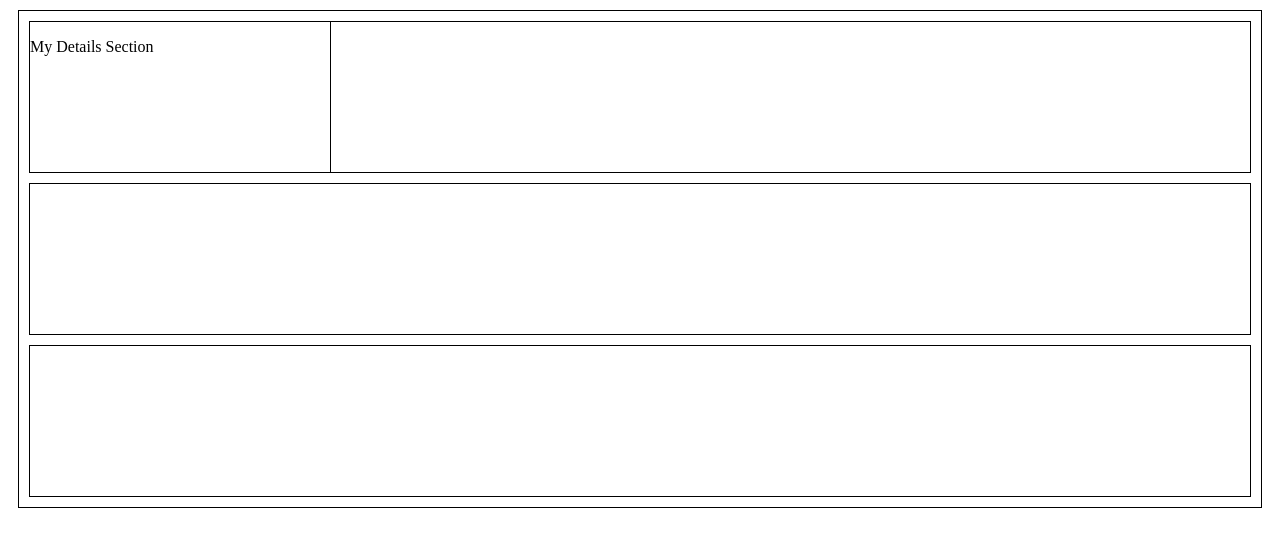
Repository: rkmr039/EMS_PROJECT
Page: http://localhost/EMS/dashboard.jsp
These files come from the project's save history. The page is drawn as it stood at one moment and after the next save; the edit follows.
The browser window is 1280 px wide. The pictures show the whole page.
The page is served by Tomcat 9.

Above is the page before, as saved 2019-08-26 12:35:16.

After the next save:
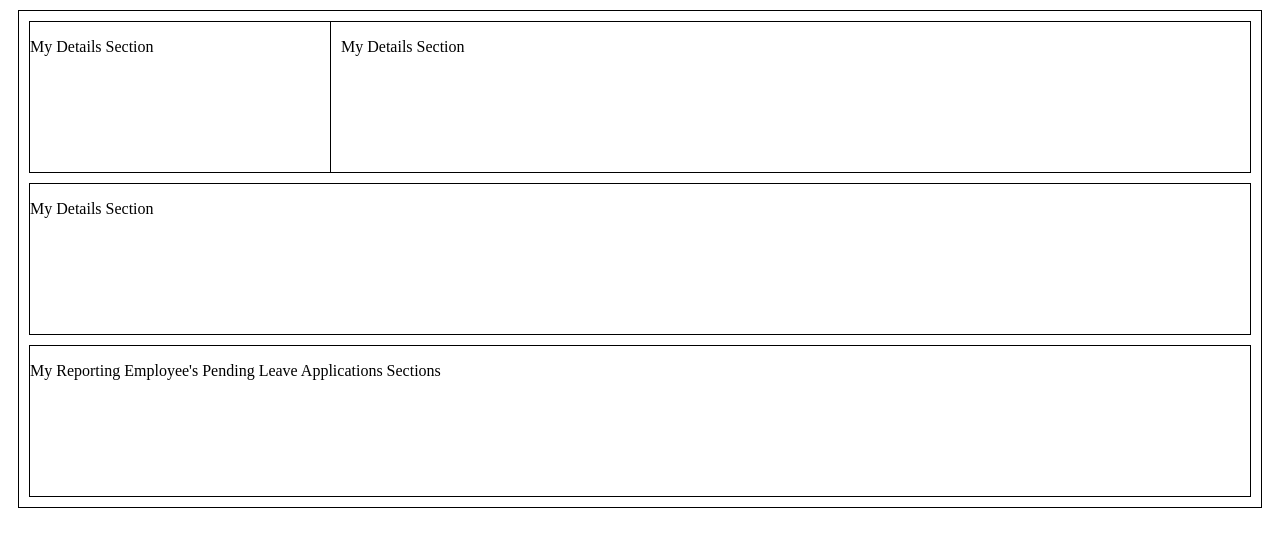
Saved 52 s later.
--- a/EMS/WebContent/dashboard.jsp
+++ b/EMS/WebContent/dashboard.jsp
@@ -17,13 +17,19 @@
 		</p>
 		</div>
 		<div id="mngrProfile">
-
+		<p>
+			My Details Section
+		</p>
 		</div>
 		<div id="myLeave">
-
+		<p>
+			My Details Section
+		</p>
 		</div>
 		<div id="empLeave">
-
+		<p>
+			My Reporting Employee's Pending Leave Applications Sections
+		</p>
 		</div>
 	</div>
 </body>
